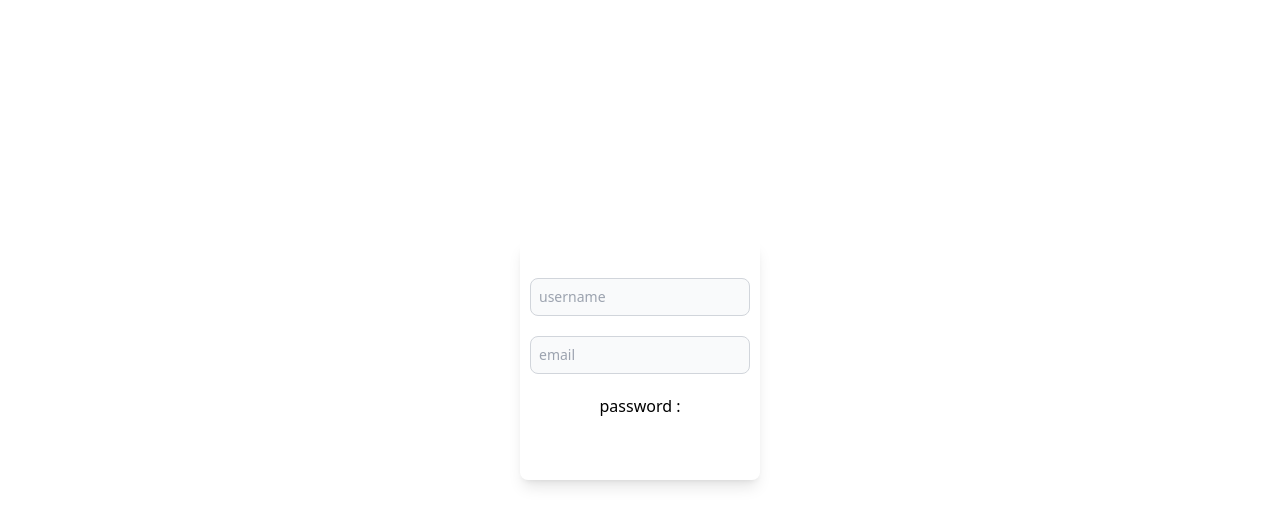
Repository: Emy-gold/alx-fe-reactjs
Page: / (app in form-handling-react/)
The author's editor kept a copy of each file at every save. The page is drawn from the files as they stood at one save, then again after the next save.
The browser window is 1280 px wide. The pictures show the whole page.
The project was rebuilt for these pictures with package versions that can differ from the ones it lists, and the page was loaded fresh each time. Also part of the build but not shown: form-handling-react/vite.config.js.

Above is the page before, as saved 2025-08-22 21:53:58.

### form-handling-react/src/App.jsx
import React from 'react';
import RegistrationForm from './components/RegistrationForm';

function App() {
  return (
    <>
      <RegistrationForm />
    </>
  )
}

export default App

### form-handling-react/src/components/RegistrationForm.jsx
import React from 'react';
import { useState } from 'react';

function RegistrationForm() {

    const [formData, setFormData] = useState({ username: '', email: '', password: '' });

    const handleChange = (e) => {
        const { name, value } = e.target;
        setFormData(prevState => ({ ...prevState, [name]: value }));
    }

    const handleSubmit = (e) => {
        e.preventDefault();
        console.log(formData);
    }

    return (
        <div className='flex w-full mx-auto h-screen justify-center items-center'>
            <form onSubmit={handleSubmit} className='flex flex-col justify-center items-center w-60 h-60 rounded-lg shadow-lg'>
                <input
                    type="text"
                    name="username"
                    value={formData.name}
                    onChange={handleChange}
                    placeholder='username'
                    className='bg-gray-50 border border-gray-300 text-gray-900 text-sm p-2 rounded-lg mb-5'
                />
                <input
                    type="email"
                    name="email"
                    value={formData.email}
                    onChange={handleChange}
                    placeholder='email'
                    className='bg-gray-50 border border-gray-300 text-gray-900 text-sm p-2 rounded-lg mb-5'
                />
                <label>password :</label>
                <input
                    type="password"
                    name="password"
                    value={formData.password}
                    onChange={handleChange}
                />
            </form>
        </div>
    )
}

export default RegistrationForm

Loaded but not shown: form-handling-react/index.html (common file); form-handling-react/src/main.jsx (common file); form-handling-react/src/index.css (common file); form-handling-react/tailwind.config.js (common file)

After the next save:
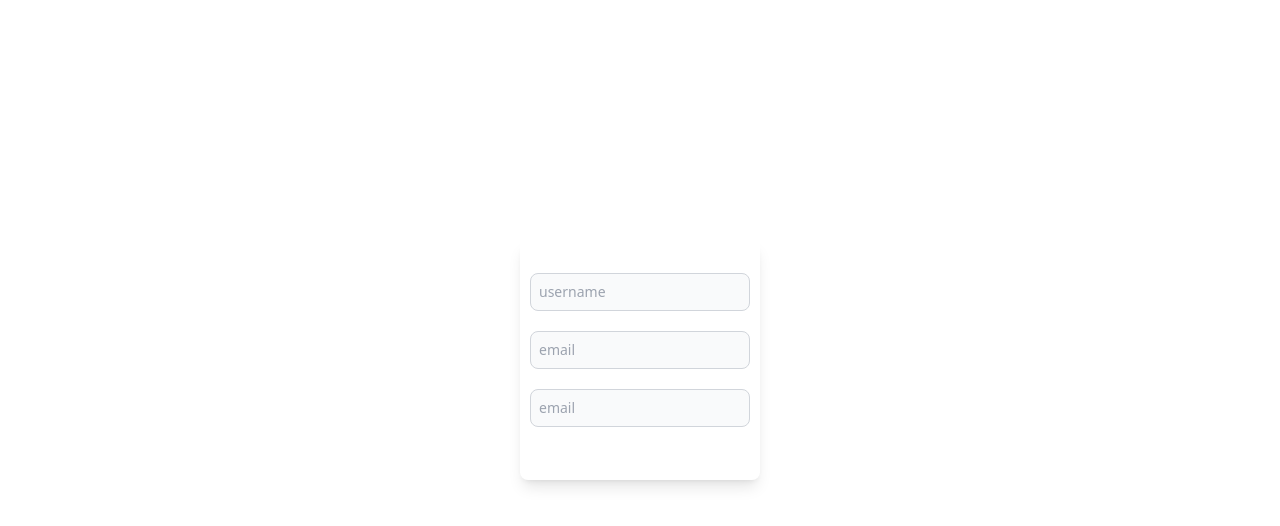
Saved 18 s later.
--- a/form-handling-react/src/components/RegistrationForm.jsx
+++ b/form-handling-react/src/components/RegistrationForm.jsx
@@ -34,12 +34,13 @@ function RegistrationForm() {
                     placeholder='email'
                     className='bg-gray-50 border border-gray-300 text-gray-900 text-sm p-2 rounded-lg mb-5'
                 />
-                <label>password :</label>
                 <input
                     type="password"
                     name="password"
                     value={formData.password}
                     onChange={handleChange}
+                    placeholder='email'
+                    className='bg-gray-50 border border-gray-300 text-gray-900 text-sm p-2 rounded-lg mb-5'
                 />
             </form>
         </div>
